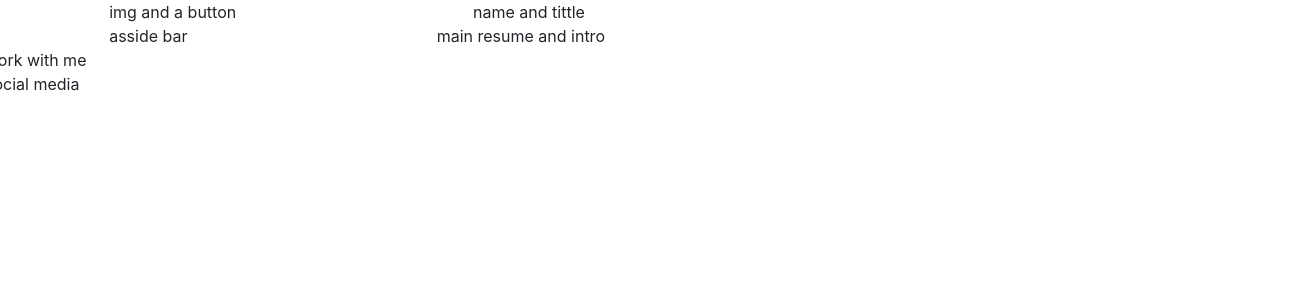
Repository: Kamicoda/Portfolio
Page: index.html
The author's editor kept a record of every edit. The page is drawn from the files as they stood at one moment, then again after the next edit.
The browser window is 1280 px wide. The page is 1295 px wide, so the pictures cover 1295 px, including what lies to the right of the window. The pictures show the whole page.
Some web libraries are served in a nearby version.

Above is the page before.
Not found: assets/js/script.js

### index.html
<!DOCTYPE html>
<html lang="en">

<head>
    <meta charset="UTF-8">
    <meta name="viewport" content="width=device-width, initial-scale=1.0">
    <meta http-equiv="X-UA-Compatible" content="ie=edge">
    <title>Document</title>
    <!--Bootstrap-->
    <link rel="stylesheet" href="https://maxcdn.bootstrapcdn.com/bootstrap/4.2.1/css/bootstrap.min.css" type="text/css" />
    <link rel="stylesheet" href="https://cdnjs.cloudflare.com/ajax/libs/hover.css/2.3.1/css/hover-min.css" type="text/css" />
    <!--Css-->
    <link rel="stylesheet" href="Assets/style/style.css" type="text/css" />
    <link href="https://fonts.googleapis.com/css?family=Alfa+Slab+One&display=swap" rel="stylesheet">
    <!--Scripts-->
    <script src="https://kit.fontawesome.com/06adabaaa3.js"></script>
    <script type="text/javascript" src="assets/js/script.js"></script>

</head>

<body>
    <!-- Navigation -->
    <div class="row">
        <div class="col-1"></div>

        <div class="col-10">
            <div class="row Navigation">
                <div class="col-4">
                    img and a button
                </div>

                <div class="col-8">
                    <div class="row">
                        <div class="col-12">
                            name and tittle
                        </div>
                    </div>

                    <div class="row">
                        <div class="col-4">

                        </div>

                        <div class="col-4">

                        </div>

                        <div class="col-4">

                        </div>
                    </div>
                </div>
            </div>
        </div>

        <div class="col-1"></div>
    </div>

    <!-- main Body and content -->
    <div class="row">
        <div class="col-1"></div>

        <div class="col-3">
            asside bar
        </div>

        <div class="col-7">
            main resume and intro
        </div>

        <div class="col-1"></div>

        <div class="row">
            <div class="col-12">
                work with me
            </div>
        </div>
    </div>

    <div class="row">
        social media
    </div>
</body>

</html>

### Assets/style.css
/* colours */

/* Navigation */

/* Nav Buttons */

.tab {
    background-image: url(img/tabgre.svg);
    background-color: #666;
}

After the next edit:
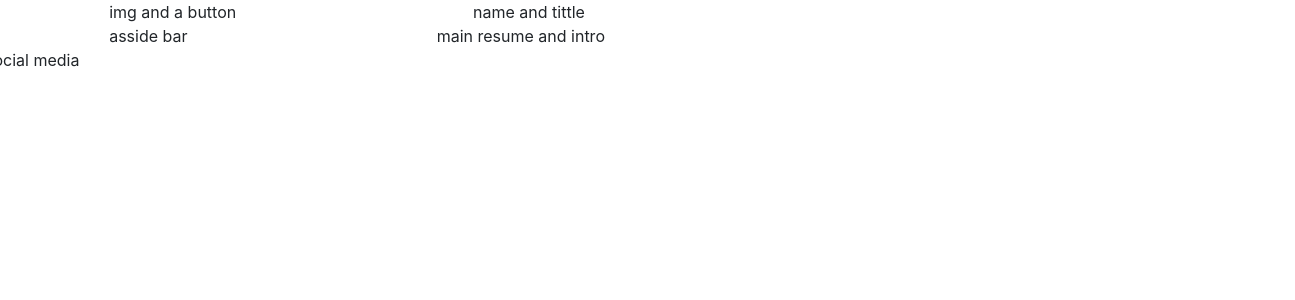
The edit:
--- a/index.html
+++ b/index.html
@@ -70,11 +70,7 @@
 
         <div class="col-1"></div>
 
-        <div class="row">
-            <div class="col-12">
-                work with me
-            </div>
-        </div>
+
     </div>
 
     <div class="row">
